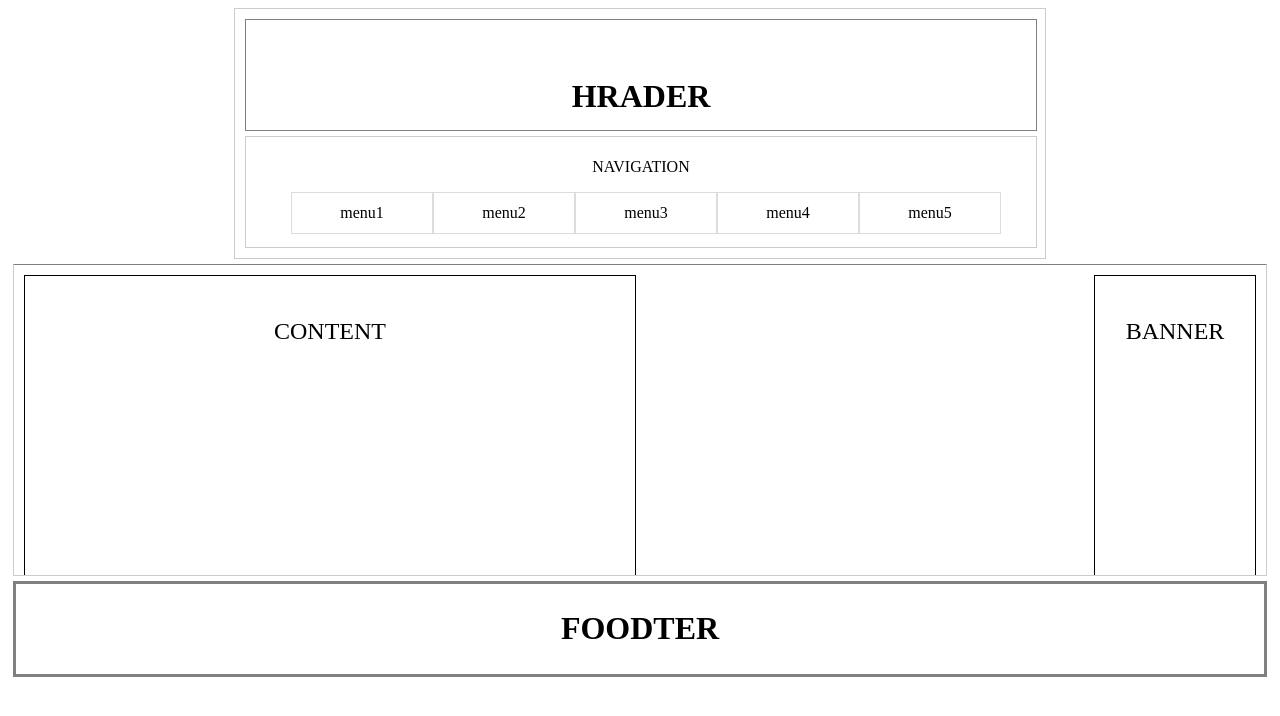
Repository: luna2222/web
Page: 01HTML5/WebContent/[11강]CSS3속성3/11_04_03Layout.html
An editor plug-in stored every save of this project. The page is shown before and after the next save, followed by the edit.
The browser window is 1280 px wide. The pictures show the whole page.

Above is the page before, as saved 2019-02-20 10:20:21.

After the next save:
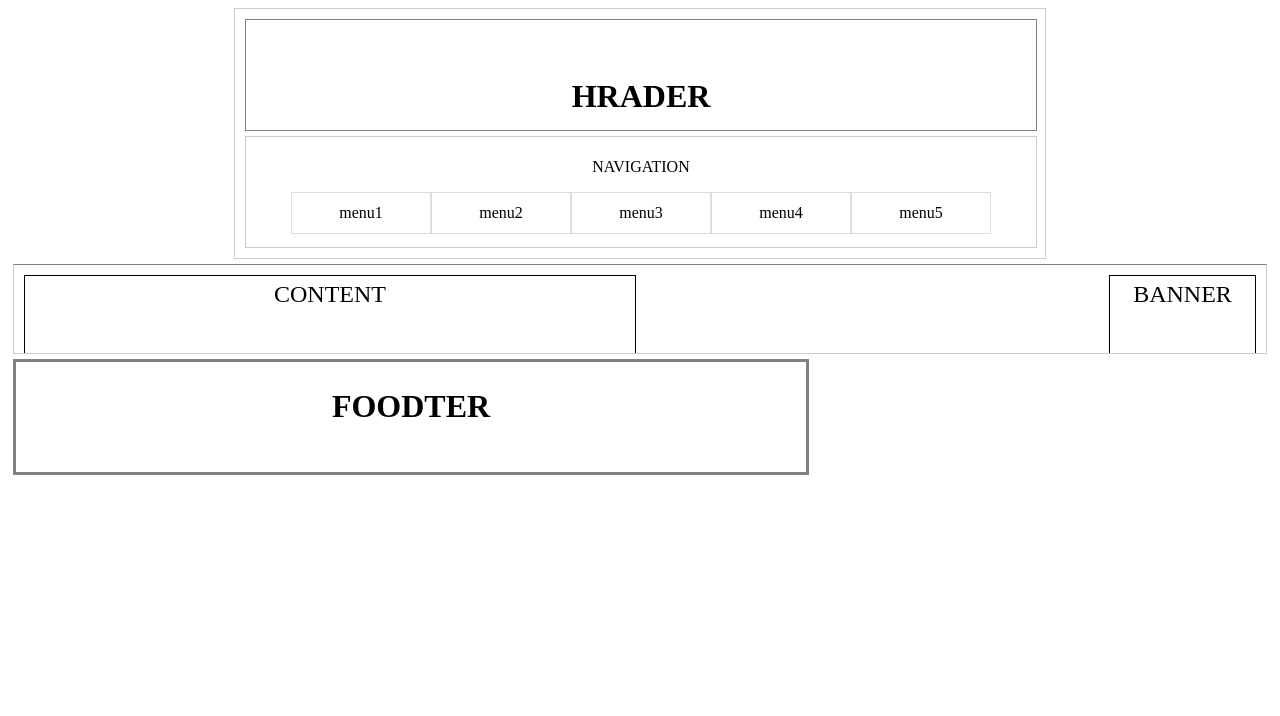
Saved 4 min 56 s later.
--- a/01HTML5/WebContent/[11강]CSS3속성3/11_04_03Layout.html
+++ b/01HTML5/WebContent/[11강]CSS3속성3/11_04_03Layout.html
@@ -27,7 +27,7 @@ div {
 	overflow: hidden;
 	}
 #nav ul li{
-	width: 140px; height:40px;
+	width: 138px; height:40px;
 	line-height: 40px;
 	text-align: center;
 	list-style: none;
@@ -36,9 +36,7 @@ div {
 	}
 
 #wrap {
-
-	height: 300px;
-	line-height: 100px;
+	height: 78px;
 	float: center;
 	text-align: center;
 	font-size: 1.5em;
@@ -57,7 +55,7 @@ div {
 }
 
 #banner {
-    width:150px;
+    width:135px;
 	height: 300px;
 	border: 1px solid;
 	float: right;
@@ -65,7 +63,7 @@ div {
 }
 
 #footer {
-
+	width:780px; height:100px;
 	background-color: #ffffff;
 	border: 3px solid #808080;
 	text-align: center;
